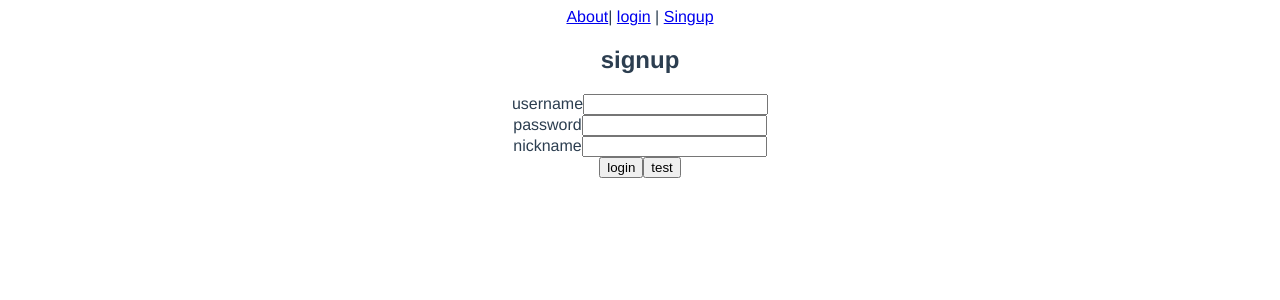
Repository: HeeJeong0718/captin
Page: /signup
An editor plug-in stored every save of this project. The page is shown before and after the next save, followed by the edit.
The browser window is 1280 px wide. The pictures show the whole page.
The project was rebuilt for these pictures with package versions that can differ from the ones it lists, and the page was loaded fresh each time. Also part of the build but not shown: vue.config.js.

Above is the page before, as saved 2022-04-22 01:54:41.

After the next save:
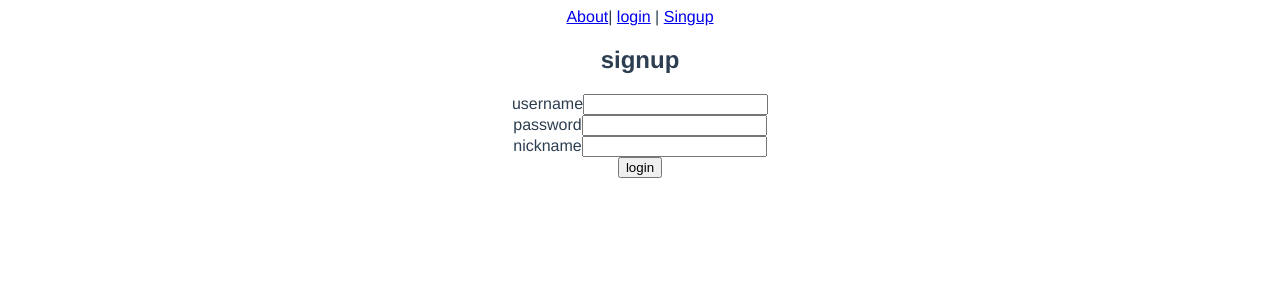
Saved 11 s later.
--- a/src/components/SignForm.vue
+++ b/src/components/SignForm.vue
@@ -14,7 +14,6 @@
     </div>
     <button type="submit">login</button>
 
-    <button v-on:click="test">test</button>
 
   </form>
 

After the 2 saves that followed:
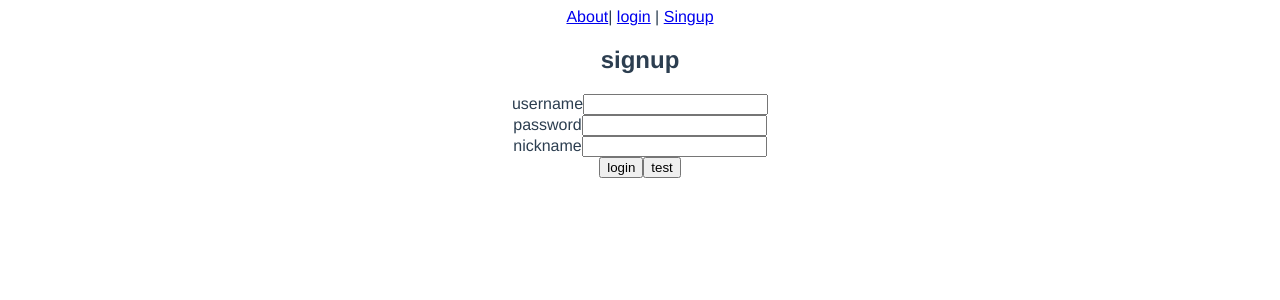
The 2 saves are shown as one change because 1 left the picture as it was.
The last was saved 61 s later.
--- a/src/components/SignForm.vue
+++ b/src/components/SignForm.vue
@@ -13,6 +13,7 @@
       <input type="text" name="" id="nickname" v-model="nickname">
     </div>
     <button type="submit">login</button>
+      <button v-on:click="test">test</button>
 
 
   </form>
@@ -20,7 +21,7 @@
 </template>
 
 <script>
-import func from 'vue-editor-bridge'
+
 export default {
   data(){
     return{  //inputbox 에 연결하기위해서 data생성 v-model로 연결해준다
@@ -33,7 +34,7 @@
     submitform(){
 
     },
-    text:function(){
+    test:function(){
       alert("폼 제출!!");
        this.$http.get('http://localhost:3000/api/get/demo')
        .then((res) => {
